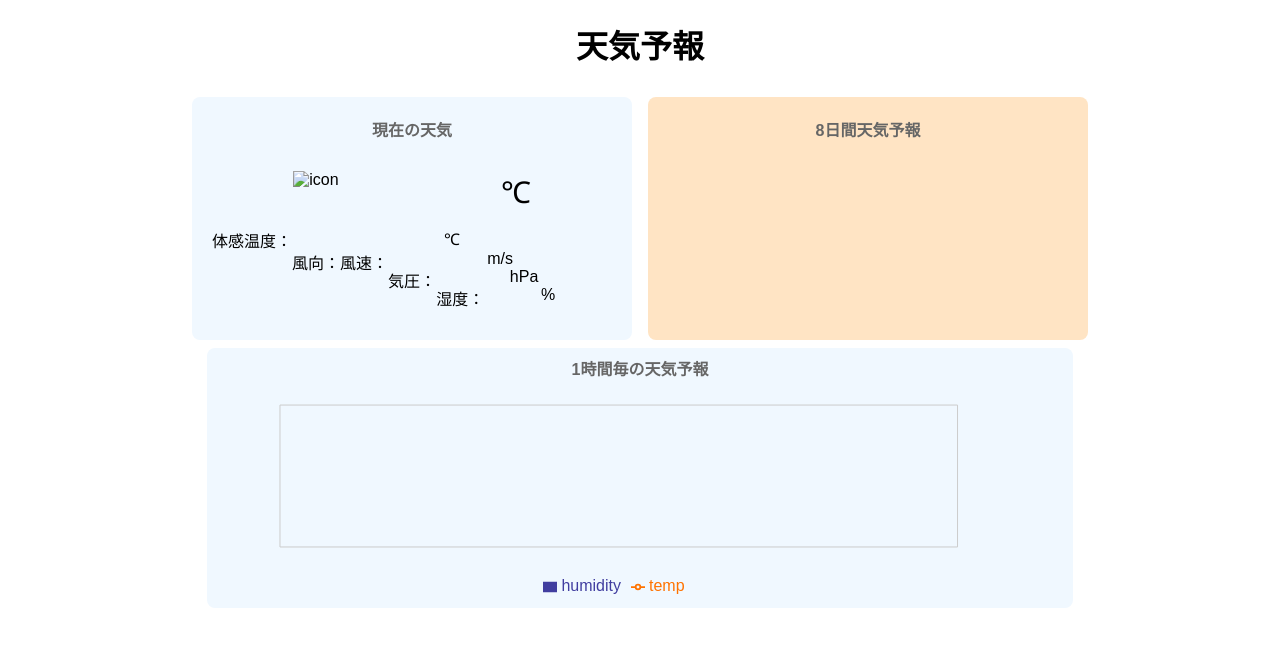
Repository: IshigureTomoki/weather-app
Page: /
An editor plug-in stored every save of this project. The page is shown before and after the next save, followed by the edit.
The browser window is 1280 px wide. The pictures show the whole page.
The page's requests for data from a server got no answer. The project was rebuilt for these pictures with package versions that can differ from the ones it lists, and the page was loaded fresh each time. No one was signed in, and anything a server would have sent is missing.

Above is the page before, as saved 2022-02-25 15:02:50.

### src/App.tsx
import axios from "axios";
import { report } from "process";
import React, { useEffect, useState } from "react";
import { convertTypeAcquisitionFromJson } from "typescript";
import "./App.css";
import { LinePlot } from "./components/LinePlot";

function App() {
  useEffect(() => {
    wetherOneCall();
  }, []);

  type weatherReportType = {
    time: string;
    timezone: string;
    temp: string;
    feels_like: string;
    wind_deg: string;
    wind_speed: string;
    pressure: string;
    humidity: string;
    weatherDescription: string;
    weatherIcon: string;
  };

  type weatherDailyReportsType = {
    dt: number;
    temp: {
      max: string;
      min: string;
    };
    weather: [
      {
        description: string;
        icon: string;
        id: string;
        main: string;
      }
    ];
  };

  type weatherHourlyReportsType = {
    time: string;
    temp: string;
    humidity: string;
  };

  const [weatherReport, setWeatherReport] = useState<weatherReportType>();
  const [weatherDailyReports, setWeatherDailyReports] = useState<
    weatherDailyReportsType[]
  >([]);

  const [weatherHourlyReports, setWeatherHourlyReports] = useState<
    weatherHourlyReportsType[]
  >([]);
  const [serchCity, setSearchCity] = useState("");

  const time = (dt: number) => {
    const srTime = new Date(dt * 1000);
    const time = srTime.toLocaleTimeString();
    return `${time}`;
  };

  const hour = (dt: number) => {
    const srTime = new Date(dt * 1000);
    const hour = srTime.getHours();
    return `${hour}`;
  };

  const mday = (dt: number) => {
    const srTime = new Date(dt * 1000);
    const day = srTime.toLocaleDateString();
    return `${day}`;
  };

  const date = (dt: number) => {
    const srTime = new Date(dt * 1000);
    const date = srTime.getDate();
    return `${date}`;
  };

  const dayOfWeekStr = (dt: number) => {
    const srTime = new Date(dt * 1000);
    const day = srTime.getDay();
    const dayOfWeekStrJP = ["日", "月", "火", "水", "木", "金", "土"];
    return `(${dayOfWeekStrJP[day]})`;
  };

  const wetherOneCall = async () => {
    await axios
      .get(
        "https://api.openweathermap.org/data/2.5/onecall?lat=35.690&lon=139.692&lang=ja&units=metric&appid=ff86fbdda3c22e95ce0071f6a7826f6c"
      )
      .then((res) => {
        console.log(res);

        const get_wind_deg = (wind_deg: number) => {
          let r = "北↓";
          if (wind_deg >= 11.25) r = "北北東";
          if (wind_deg >= 33.75) r = "北東↙︎";
          if (wind_deg >= 56.25) r = "東北東";
          if (wind_deg >= 78.75) r = "東←";
          if (wind_deg >= 101.25) r = "東南東";
          if (wind_deg >= 123.75) r = "南東↖︎";
          if (wind_deg >= 146.25) r = "南南東";
          if (wind_deg >= 168.75) r = "南↑";
          if (wind_deg >= 191.25) r = "南南西";
          if (wind_deg >= 213.75) r = "南西↗︎";
          if (wind_deg >= 236.25) r = "西南西";
          if (wind_deg >= 258.75) r = "西→";
          if (wind_deg >= 281.25) r = "西北西";
          if (wind_deg >= 303.75) r = "北西↘︎";
          if (wind_deg >= 326.25) r = "北北西";
          return r;
        };

        const report = {
          time: `${mday(res.data.current.dt)} ${time(res.data.current.dt)}`,
          timezone: res.data.timezone,
          temp: res.data.current.temp,
          feels_like: res.data.current.feels_like,
          wind_deg: get_wind_deg(res.data.current.wind_deg),
          wind_speed: res.data.current.wind_speed,
          pressure: res.data.current.pressure,
          humidity: res.data.current.humidity,
          weatherDescription: res.data.current.weather[0].description,
          weatherIcon: `http://openweathermap.org/img/wn/${res.data.current.weather[0].icon}@2x.png`,
        };

        const hourlyreports = res.data.hourly.map(
          (hourly: any, index: number) => {
            return {
              time: hour(hourly.dt),
              temp: hourly.temp,
              humidity: hourly.humidity,
            };
          }
        );

        hourlyreports.length = 24;

        console.log(report);
        setWeatherReport(report);
        setWeatherDailyReports(res.data.daily);
        console.log(hourlyreports);
        setWeatherHourlyReports(hourlyreports);
      });
  };
  return (
    <>
      <div className="App">
        <h1>天気予報</h1>
        <div className="upper">
          <div className="now-area">
            <div className="title">現在の天気</div>
            <div className="nowtime">{weatherReport?.time}</div>
            <div className="nowplace">{weatherReport?.timezone}</div>
            <div className="nowtemps">
              <div>
                <img src={weatherReport?.weatherIcon} alt="icon" width={120} />
              </div>
              <div>
                <div className="nowtemp">{weatherReport?.temp}℃</div>
                <div className="nowdes">
                  {weatherReport?.weatherDescription}
                </div>
              </div>
            </div>
            <dl>
              <dt>体感温度</dt>
              <dd>{weatherReport?.feels_like}℃</dd>
              <dt>風向</dt>
              <dd>{weatherReport?.wind_deg}</dd>
              <dt>風速</dt>
              <dd>{weatherReport?.wind_speed}m/s</dd>
              <dt>気圧</dt>
              <dd>{weatherReport?.pressure}hPa</dd>
              <dt>湿度</dt>
              <dd>{weatherReport?.humidity}%</dd>
            </dl>
          </div>

          <div className="dayly-area">
            <div className="title">8日間天気予報</div>

            {weatherDailyReports.map((report) => (
              <>
                <div className="dayly">
                  <div className="daylyd">
                    {date(report.dt)}
                    {dayOfWeekStr(report.dt)}
                  </div>
                  <div className="daylyi">
                    <img
                      src={`http://openweathermap.org/img/wn/${report.weather[0].icon}@2x.png`}
                      alt="icon"
                      width={40}
                    />
                  </div>
                  <div className="daylyde">{report.weather[0].description}</div>
                  <div className="daylym">
                    {report.temp.max}/{report.temp.min}℃
                  </div>
                </div>
              </>
            ))}
          </div>
        </div>

        <div className="hourly-area">
          <div className="title">1時間毎の天気予報</div>
          <LinePlot data={weatherHourlyReports} />
        </div>
      </div>
    </>
  );
}

export default App;

### src/App.css
body {
  font-family: sans-serif;
}

.App {
  text-align: center;
}

.upper {
  display: flex;
  justify-content: center;
}
.now-area {
  text-align: center;
  background-color: aliceblue;
  width: 400px;
  padding: 20px;
  margin: 8px;
  border-radius: 8px;
}
.nowtime {
  font-size: 30px;
}

.nowplace{
  font-size: 25px;
}
.nowtemps{
  padding-top: 10px;
  display: flex;
  justify-content:space-around;
}

.nowtemp{
  font-size: 30px;
}

dt {
  float: left;
}

dt::after {
  content: "：";
}

.dayly-area {
  text-align: center;
  background-color: bisque;
  width: 400px;
  padding: 20px;
  margin: 8px;
  border-radius: 8px;
}

.dayly {
  display: flex;
}

.daylyd {
  width: 60px;
}

.daylyi {
  width: 90px;
}

.daylym {
  width: 150px;
}

.daylyde {
  width: 100px;
}

.hourly-area {
  background-color: aliceblue;
  width: 850px;
  padding: 8px;
  margin: 0 auto;
  border-radius: 8px;
}
.title {
  text-align: center;
  margin: 0px 0px 20px 0px;
  font-weight: bold;
  color: #666;
}

### src/components/LinePlot.tsx
import {
  Line,
  CartesianGrid,
  XAxis,
  YAxis,
  Tooltip,
  Bar,
  ComposedChart,
  ResponsiveContainer,
  Legend,
} from "recharts";

export const LinePlot = (props: any) => {
  const data = props.data;
  // const data = [
  //   { time: "15", temp: 8.67, humidity: 5 },
  //   { time: "16", temp: 8.87, humidity: 24 },
  //   { time: "17", temp: 8.61, humidity: 25 },
  //   { time: "18", temp: 8.26, humidity: 26 },
  //   { time: "19", temp: 6.67, humidity: 60 },
  //   { time: "20", temp: 5.31, humidity: 68 },
  //   { time: "21", temp: 3.73, humidity: 10 },
  //   { time: "22", temp: 3.32, humidity: 22 },
  // ];
  console.log(data);
  return (
    <ResponsiveContainer width="95%" height={200}>
      <ComposedChart  data={data}>
        <Bar
          yAxisId={2}
          dataKey="humidity"
          barSize={15}
          fill="#413ea0"
          label={{ fill: "white", fontSize: 10 }}
        />
        <Line yAxisId={1} type="monotone" dataKey="temp" stroke="#ff7300" />
        <CartesianGrid stroke="#ccc" />
        <XAxis dataKey="time" label={{ value: "時刻", dx: 5 }} />
        <YAxis yAxisId={1} tickCount={8} unit="℃" label={{ value: "気温" }} />
        <YAxis
          yAxisId={2}
          tickCount={8}
          unit="%"
          label={{ value: "降水確率", dx: 5 }}
          orientation="right"
        />
        <Legend />
        <Tooltip />
      </ComposedChart>
    </ResponsiveContainer>
  );
};

Loaded but not shown: public/index.html (common file); src/index.tsx (common file); src/index.css (common file); src/reportWebVitals.ts (common file)

After the next save:
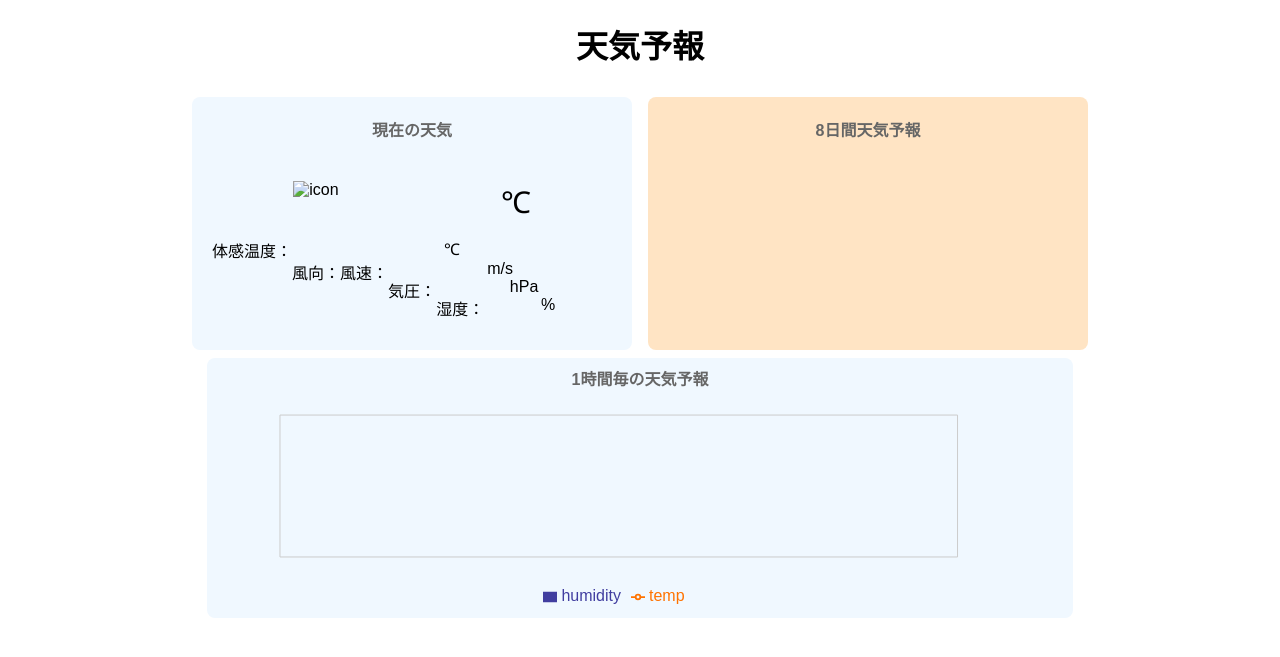
Saved 6 s later.
--- a/src/App.css
+++ b/src/App.css
@@ -26,7 +26,7 @@ body {
   font-size: 25px;
 }
 .nowtemps{
-  padding-top: 10px;
+  padding-top: 20px;
   display: flex;
   justify-content:space-around;
 }
